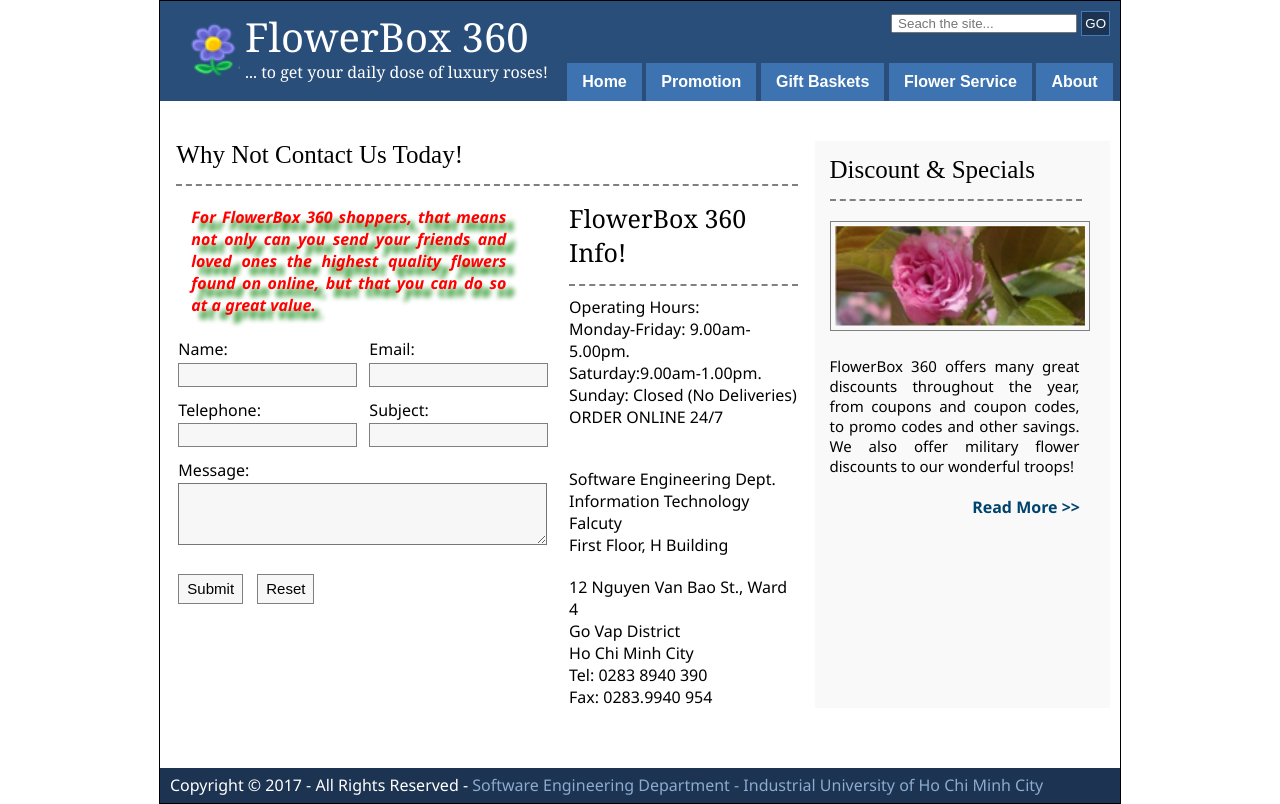
Repository: thu1365/BTKT_WEB
Page: HTML/btkt.html
The author's editor kept a copy of each file at every save. The page is drawn from the files as they stood at one save, then again after the next save.
The browser window is 1280 px wide. The pictures show the whole page.

Above is the page before, as saved 2023-03-11 21:24:08.

After the next save:
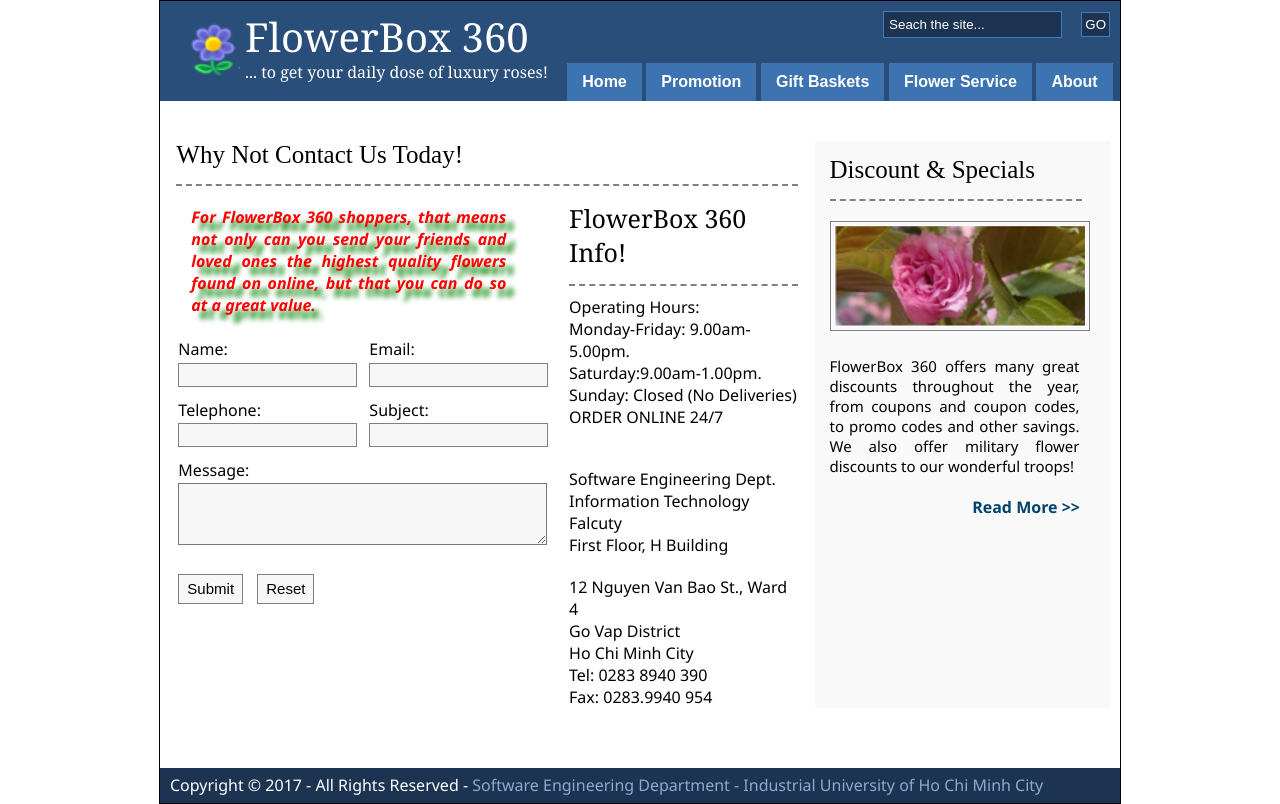
Saved 15 s later.
--- a/HTML/btkt.html
+++ b/HTML/btkt.html
@@ -282,8 +282,7 @@
             <p class="name1">FlowerBox 360</p>
             <p class="name2">... to get your daily dose of luxury roses!</p>
             <form action="" class="search_form">
-                <input type="text" name="" style="padding-left: 5px;
-                color: #fff;" placeholder="Seach the site...">
+                <input type="text" name="" id="search1" placeholder="Seach the site...">
                 <input id="search2" type="button" value="GO">
             </form>
             <div class="nav">
